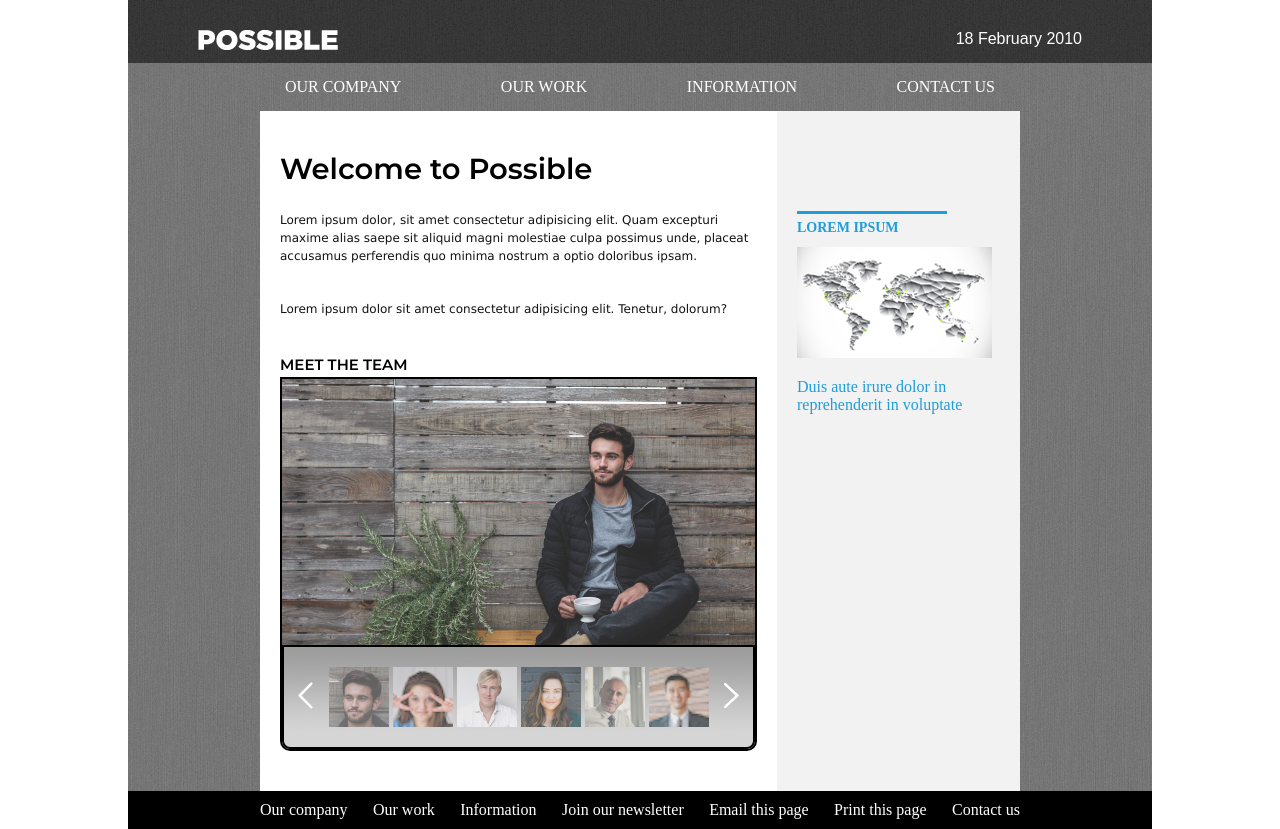
Repository: grzegorzgebala/possible-site
Page: index.html
An editor plug-in stored every save of this project. The page is shown before and after the next save, followed by the edit.
The browser window is 1280 px wide. The pictures show the whole page.
The style sheet was rebuilt from its Sass, Less or Tailwind sources for each picture, by a compiler version that may differ from the author's.

Above is the page before, as saved 2020-02-18 20:55:08.

After the next save:
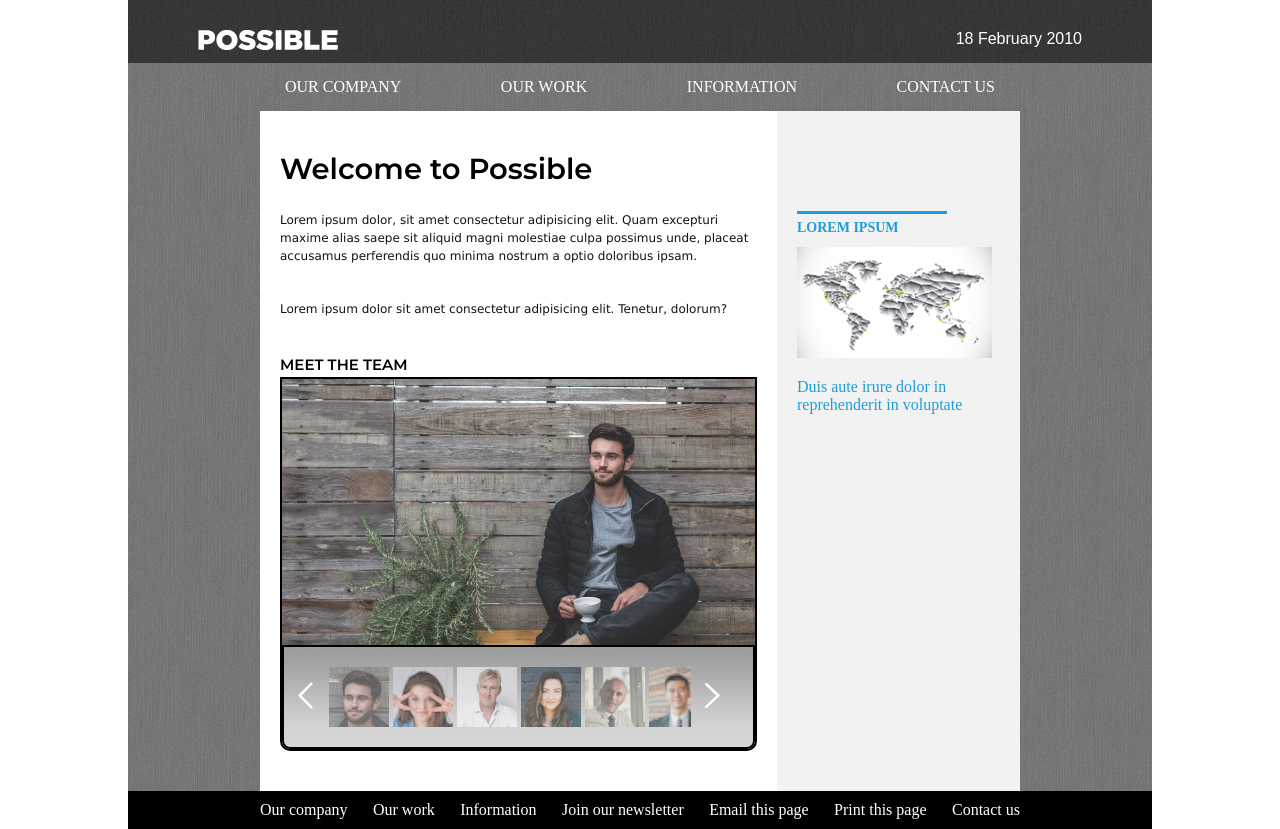
Saved 5 min 39 s later.
--- a/sass/style.scss
+++ b/sass/style.scss
@@ -147,7 +147,7 @@
                 border-bottom-right-radius: 8px;
 
                 .miniaturesContainer {
-                    max-width: 500px;
+                    max-width: 364px;
                     overflow: hidden;
                     display: flex;
                     justify-content: space-between;

After the save that followed:
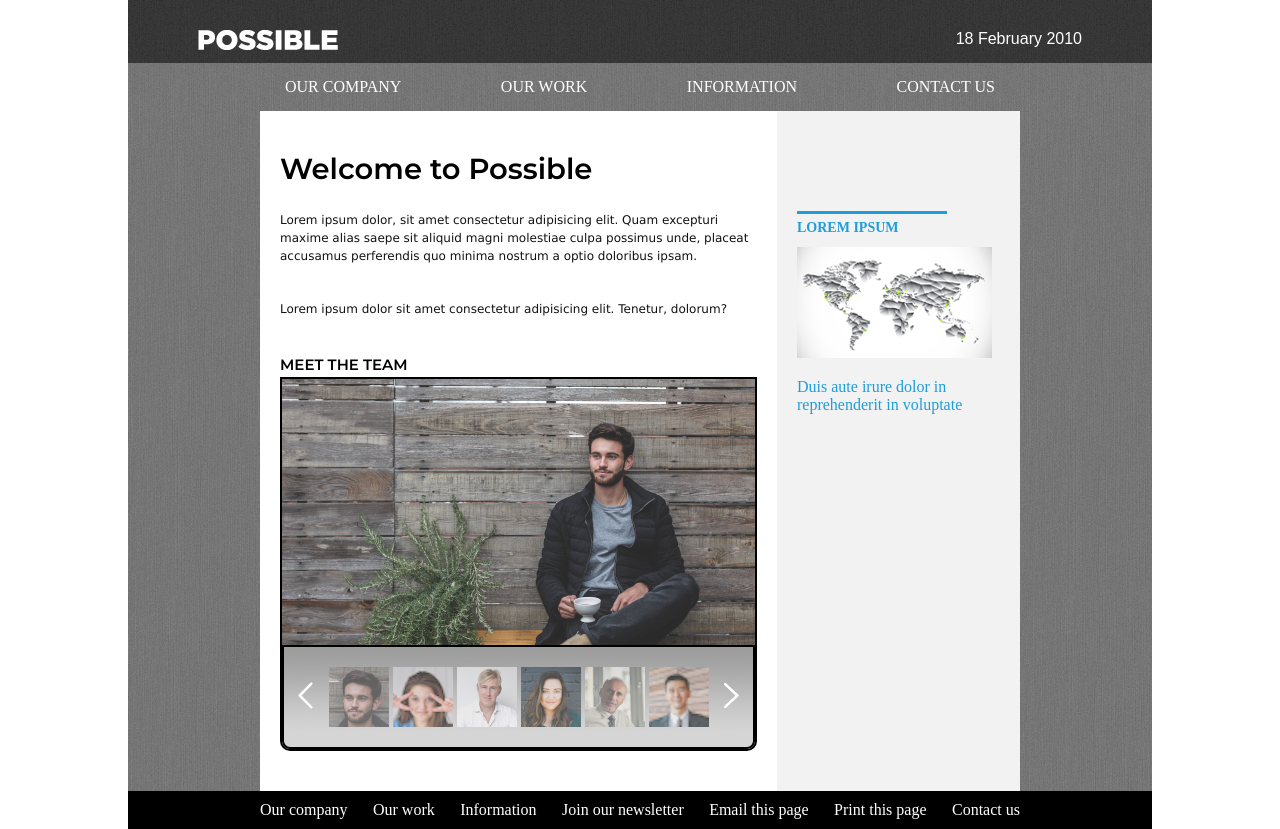
Saved 7 s later.
--- a/sass/style.scss
+++ b/sass/style.scss
@@ -147,7 +147,7 @@
                 border-bottom-right-radius: 8px;
 
                 .miniaturesContainer {
-                    max-width: 364px;
+                    max-width: 384px;
                     overflow: hidden;
                     display: flex;
                     justify-content: space-between;
